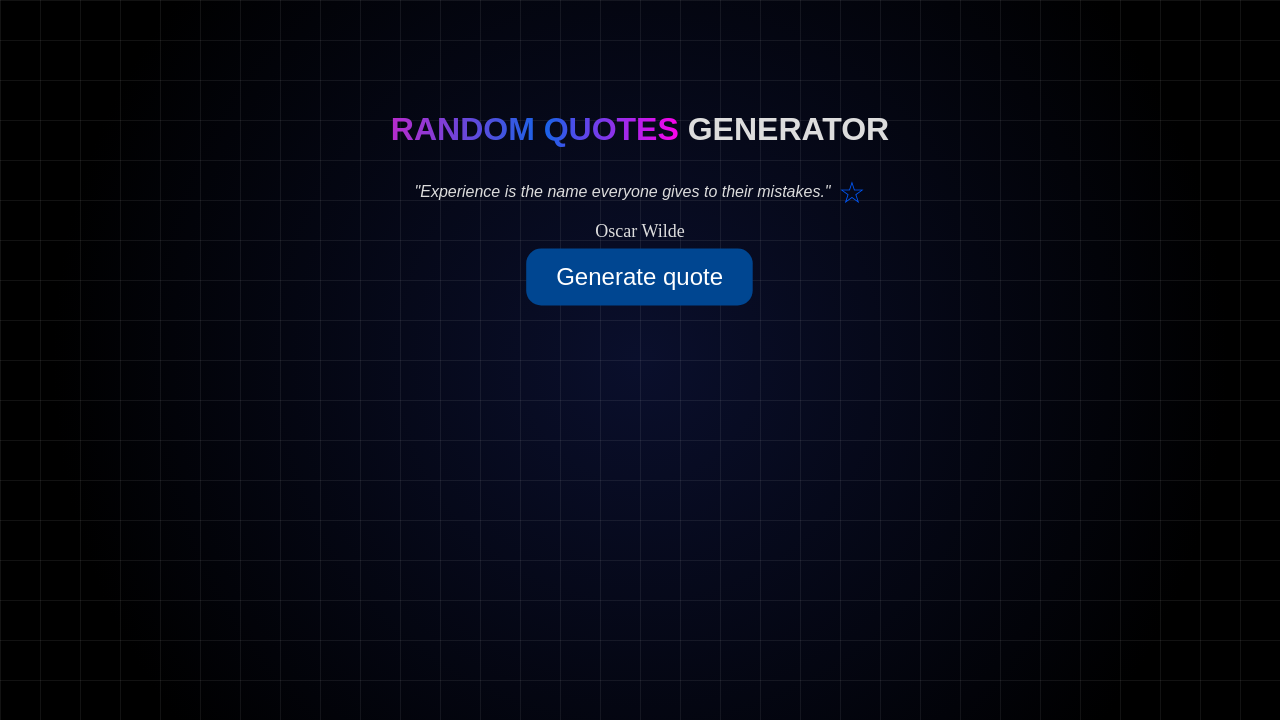
Repository: Adel-la/random-quotes
Page: index.html
The author's editor kept a copy of each file at every save. The page is drawn from the files as they stood at one save, then again after the next save.
The browser window is 1280 px wide. The pictures show the whole page.
The pointer rests on the first visible `.btn`.

Above is the page before, as saved 2025-06-25 22:35:51.

### index.html
<!DOCTYPE html>
<html lang="ru">
<head>
  <meta charset="UTF-8" />
  <title>Random Quotes</title>
  <link rel="stylesheet" href="styles.css" />
</head>
<body>
  <main class="main">
    <h1 class="h1-title"> <span class="special-text">RANDOM QUOTES</span> GENERATOR</h1>
    <div class="quote-container">
      <p id="quote" class="quote"></p>
      <button id="favorite" class="favorite">☆</button>
    </div>
    <p id="author" class="quote-author"></p>
    <button id="generate" class="btn">Generate quote</button>

    <div id="favorites-container" class="container"></div>
  </mainс>
  <script type="module" src="main.js"></script>
</body>
</html>

### styles.css
html{
  height: 100%;
}
body {
  font-family: Arial, sans-serif;
  color: aliceblue;
  box-sizing: border-box;
  margin: 0;
  padding: 20px;
}

.container{
  max-width: 600px;
  margin: 50px auto;
  text-align: center;
}

.btn{
  padding: 10px 20px;
  font-size: 16px;
  background-color: #047dff;
  color: #fff;
  border: none;
  cursor: pointer;
  border-radius: 10px;
  margin-top: 10px;
  transition: background-color 0.3s ease;
}

.btn:hover{
  background-color: #004691;
  transform: scale(1.5);
}

.paragraph{
  background-color: #111111;
  border-radius: 5px;
  width: fit-content;
  padding: 5px;
  text-align: center;
  margin: 2px auto;
}

#quote::before,
#quote::after{
  content: '"';
}

.quote-container {
  display: inline-flex;
  align-items: center;
  justify-content: center;
  margin: 0 auto;
  border-radius: 5px;
  padding: 5px 10px;
}

/* Убираем фон из quote, чтобы весь блок (цитата + звезда) имел один фон */
.quote {
  margin: 0;
  padding: 0;
  font-style: italic;
  display: inline;
}

/* Звездочка вплотную к цитате */
.favorite {
  color: rgb(0, 89, 255);
  background-color: transparent;
  font-size: 30px;
  border: none;
  margin-left: 8px;
  cursor: pointer;
  padding: 0;
}

.favorite-card {
  border: 1px solid #333;
  border-left: 5px solid #047dff;
  padding: 12px 16px;
  margin: 12px auto;
  border-radius: 12px;
  box-shadow: 0 2px 10px rgba(4, 125, 255, 0.1);
  max-width: 550px;
  transition: transform 0.2s ease, box-shadow 0.2s ease;
  position: relative;
  width: 40%;
  text-align: start;
}

.favorite-card:hover {
  transform: scale(1.02);
  box-shadow: 0 4px 15px rgba(4, 125, 255, 0.25);
}

.favorite-card .favorite-quote {
  font-style: italic;
  font-size: 16px;
  color: #ffffff;
  margin-bottom: 8px;
}

.favorite-card .quote-author {
  font-size: 14px;
  color: #bbbbbb;
  text-align: right;
}

.delete-btn {
  position: absolute;
  top: 0;
  right: 0;
  border: none;
  border-radius: 5px;
  color: white;
  background-color: transparent;
  cursor: pointer;
}

.delete-btn:hover {
  font-size: 15px;
  transition: 0.5s;
}

.favorite-container {
  display: flex;
  flex-wrap: wrap;
  justify-content: center;
  gap: 10px;
}
.quote-author{
  margin: 1px auto;
  width: fit-content;
  font-size: large;
  padding: 5px 15px;
  border-radius: 5px;
  font-family:'Times New Roman', Times, serif;
}

.main{
  text-align: center;
  position: relative;

  border-radius: 12px;
  padding: 20px;
  margin: 50px auto;
  max-width: 600px;
  z-index: 1;
}

body {
  background: radial-gradient(circle at center, #0a0f2c 0%, #000000 80%);
  position: relative;
  overflow: hidden;
  color: #ddd;
}

/* Тонкая светлая сетка */
body::before {
  content: "";
  position: fixed;
  top: 0; left: 0; right: 0; bottom: 0;
  background-image:
    linear-gradient(rgba(255,255,255,0.07) 1px, transparent 1px),
    linear-gradient(90deg, rgba(255,255,255,0.07) 1px, transparent 1px);
  background-size: 40px 40px;
  pointer-events: none;
  z-index: 0;
}


.special-text{
   font-weight: bold;
  font-size: 32px;
  background: linear-gradient(90deg, rgba(183, 43, 204, 1) 0%, rgba(23, 100, 232, 1) 53%, rgb(252, 2, 235) 100%);
  -webkit-background-clip: text;
  -webkit-text-fill-color: transparent;
}

### main.js
import quotes from './src/data/quotes.js';
import { generateAndDisplayQuote } from './src/handlers/quote.js';
import {
  generateBtn,
} from './src/ui/dom.js';




// Показать первую цитату сразу при загрузке страницы
generateAndDisplayQuote(quotes);

// Кнопка "Сгенерировать цитату"
generateBtn.addEventListener('click', () => {
  generateAndDisplayQuote(quotes);
});

### src/data/quotes.js
// Quotes array with English programming quotes and initial favorite = false
import { setQuoteId } from "../handlers/utils.js";
const quotes = [
  {
    text: "Code is like humor. When you have to explain it, it’s bad.",
    author: "Cory House",
    isFavorite: false,
  },
  {
    text: "First, solve the problem. Then, write the code.",
    author: "John Johnson",
    isFavorite: false,
  },
  {
    text: "Experience is the name everyone gives to their mistakes.",
    author: "Oscar Wilde",
    isFavorite: false,
  },
  {
    text: "In order to be irreplaceable, one must always be different.",
    author: "Coco Chanel",
    isFavorite: false,
  },
  {
    text: "Java is to JavaScript what car is to Carpet.",
    author: "Chris Heilmann",
    isFavorite: false,
  },
  {
    text: "Simplicity is the soul of efficiency.",
    author: "Austin Freeman",
    isFavorite: false,
  },
  {
    text: "Code never lies, comments sometimes do.",
    author: "Ron Jeffries",
    isFavorite: false,
  },
  {
    text: "Programming isn’t about what you know; it’s about what you can figure out.",
    author: "Chris Pine",
    isFavorite: false,
  },
  {
    text: "Make it work, make it right, make it fast.",
    author: "Kent Beck",
    isFavorite: false,
  },
  {
    text: "Any fool can write code that a computer can understand. Good programmers write code that humans can understand.",
    author: "Martin Fowler",
    isFavorite: false,
  }
];

setQuoteId(quotes)
export default quotes;

### src/handlers/quote.js
import { chooseRandomQuote } from './utils.js';
import { setRandomQuote } from '../core/state.js';
import { showQuote } from '../ui/index.js';
import { quoteElement, authorElement, favoriteBtn } from '../ui/dom.js';

// Функция генерации и отображения случайной цитаты
export function generateAndDisplayQuote(quotes) {
  const quote = chooseRandomQuote(quotes);
  setRandomQuote(quote);
  showQuote(quote, quoteElement, authorElement, favoriteBtn);
}

### src/ui/dom.js
export const quoteElement = document.getElementById('quote');
export const authorElement = document.getElementById('author');
export const generateBtn = document.getElementById('generate');
export const favoriteBtn = document.getElementById('favorite');
export const favoritesContainer = document.getElementById('favorites-container');

### src/handlers/utils.js
// Генерация уникального 8-символьного hex ID (буквы и цифры)
 function generateHexId() {
  return Math.floor(Math.random() * 0xffffffff)
    .toString(16)
    .padStart(8, '0');
}

export function setQuoteId(quotes) {
  quotes.forEach(quote => {
    if (!quote.id) {
      quote.id = generateHexId();
    }
  });
}

// Функция выбора случайной цитаты из массива
export function chooseRandomQuote(quotes) {
  const index = Math.floor(Math.random() * quotes.length);
  return quotes[index];
}

### src/core/state.js
import { chooseRandomQuote } from '../handlers/utils.js';
import quotes from '../data/quotes.js';

let currentQuote = null;

// Функция для получения текущей цитаты
export function getRandomQuote() {
  if (!currentQuote) {
    currentQuote = chooseRandomQuote(quotes);
  }
  return currentQuote;
}

// Устанавливаем текущую цитату
export function setRandomQuote(quote) {
  currentQuote = quote;
}

### src/ui/index.js
import { updateFavoriteButton } from '../handlers/favorites.js';

// Функция для отображения цитаты и автора на странице
export function showQuote(quote, quoteElement, authorElement, favoriteBtn) {
  if (!quote) return;

  const { text, author, isFavorite } = quote;

  quoteElement.textContent = text;
  authorElement.textContent = author ? ` ${author}` : ' Unknown';

  updateFavoriteButton(isFavorite, favoriteBtn);
}

### src/handlers/favorites.js
import { favoritesContainer, favoriteBtn } from '../ui/dom.js';
import quotes from '../data/quotes.js';
import { getRandomQuote } from '../core/state.js';
import { setQuoteId } from './utils.js';


// Создаём карточку избранной цитаты и добавляем в контейнер
export function addFavoriteCard(quoteObj, container) {
  const card = document.createElement('div');
  card.id = quoteObj.id;
  card.classList.add('favorite-card');

  card.innerHTML = `
      <button class="delete-btn">🗑</button>
      <p class="favorite-quote">${quoteObj.text}</p>
      <span class="quote-author">– ${quoteObj.author}</span>
    `;

  container.appendChild(card);
}

// Удаляем карточку цитаты из избранного
export function removeCardOfFavorite(container, quote) {
  const cards = container.querySelectorAll('.favorite-card');
  cards.forEach((card) => {
    if (card.id === quote.id) {
      card.remove();
    }
  });
}

// Обновляем кнопку избранного (звёздочку)
export function updateFavoriteButton(isFavorite, button) {
  button.textContent = isFavorite ? '★' : '☆';
}

// Обработчик клика по кнопке удаления на карточке
export function handleDeleteClick(event, container, quotes, favoriteButton) {
  if (!event.target.classList.contains('delete-btn')) return;

  const card = event.target.closest('.favorite-card');
  if (!card) return;

  const quoteObj = quotes.find((q) => q.id === card.id);
  if (!quoteObj) return;

  console.log(quoteObj.id, card.id)
  if (card.id === getRandomQuote().id) {
    updateFavoriteButton(false, favoriteButton);
  }
  quoteObj.isFavorite = false;

  card.remove();
}

// Переключение состояния избранного цитаты
export function toggleFavorite(quote, container, button) {
  quote.isFavorite = !quote.isFavorite;
  updateFavoriteButton(quote.isFavorite, button);

  if (quote.isFavorite) {
    addFavoriteCard(quote, container);
  } else {
    removeCardOfFavorite(container, quote);
  }
}

// Настройка обработчиков избранного (звёздочка и удаление карточек)
export function setupFavoriteHandlers(favoritesContainer, favoriteBtn, quotes) {
  favoriteBtn.addEventListener('click', () => {
    const quote = getRandomQuote();
    if (!quote) return;
    toggleFavorite(quote, favoritesContainer, favoriteBtn);
  });

  favoritesContainer.addEventListener('click', (event) => {
    handleDeleteClick(event, favoritesContainer, quotes, favoriteBtn);
  });
}

// Инициализация обработчиков
setupFavoriteHandlers(favoritesContainer, favoriteBtn, quotes);

After the next save:
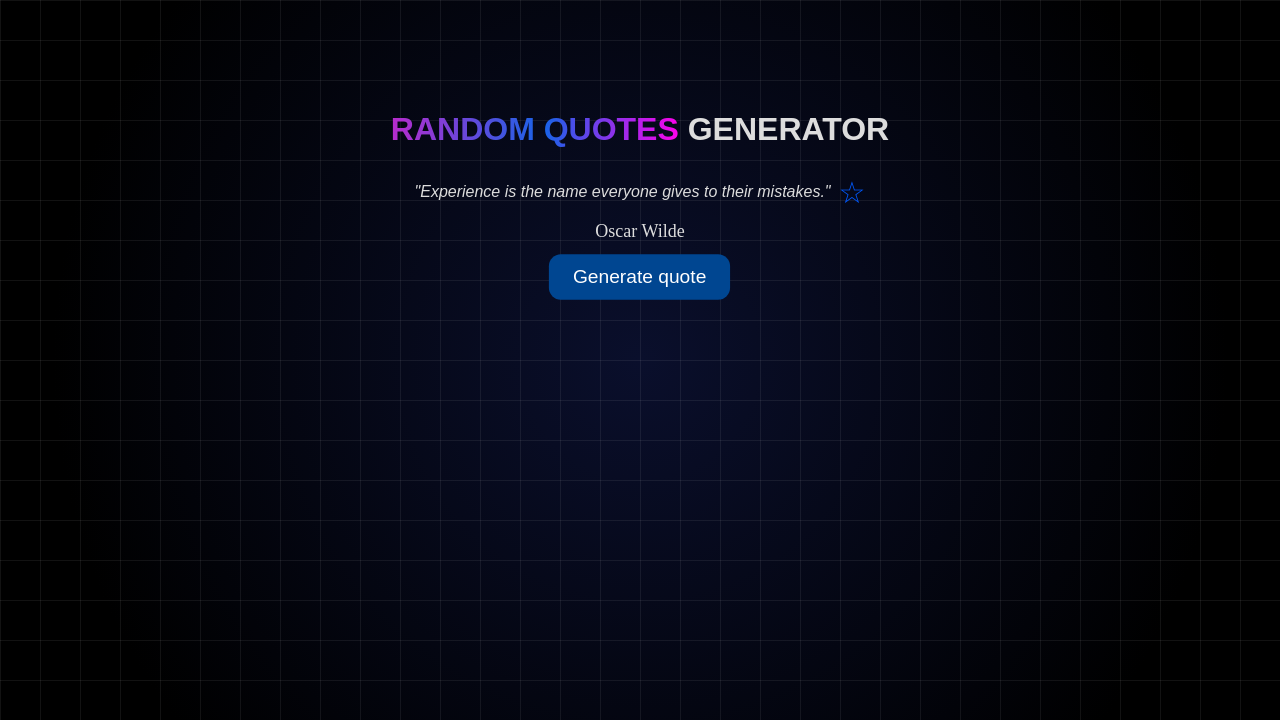
Saved 4 s later.
--- a/styles.css
+++ b/styles.css
@@ -29,7 +29,7 @@ body {
 
 .btn:hover{
   background-color: #004691;
-  transform: scale(1.5);
+  transform: scale(1.2);
 }
 
 .paragraph{
